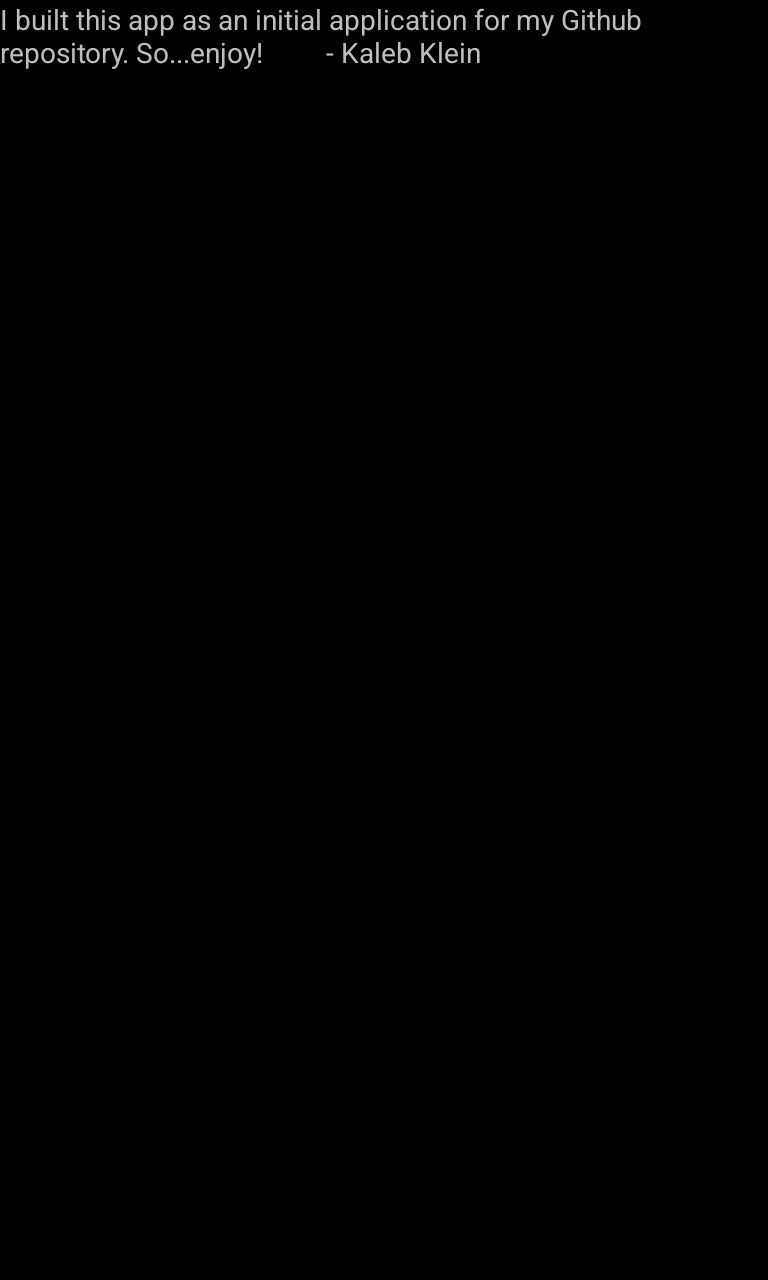
Repository: pazuzu156/KKAndroid
Layout: InitialRepoApp/res/layout/about.xml
These files come from the project's save history. The layout is drawn as it stood at one moment and after the next save; the edit follows.
It is drawn on a 768 x 1280 px phone screen (xhdpi) without system bars, with theme android:Theme; the app's code is not run.

Above is the layout before, as saved 2012-06-17 06:01:31.

### InitialRepoApp/res/layout/about.xml
<?xml version="1.0" encoding="utf-8"?>
<LinearLayout xmlns:android="http://schemas.android.com/apk/res/android"
    android:layout_width="match_parent"
    android:layout_height="match_parent"
    android:orientation="vertical" >

    <TextView
        android:id="@+id/textView1"
        android:layout_width="wrap_content"
        android:layout_height="wrap_content"
        android:text="I built this app as an initial application for my Github repository. So...enjoy!
        - Kaleb Klein" />

</LinearLayout>

After the next save:
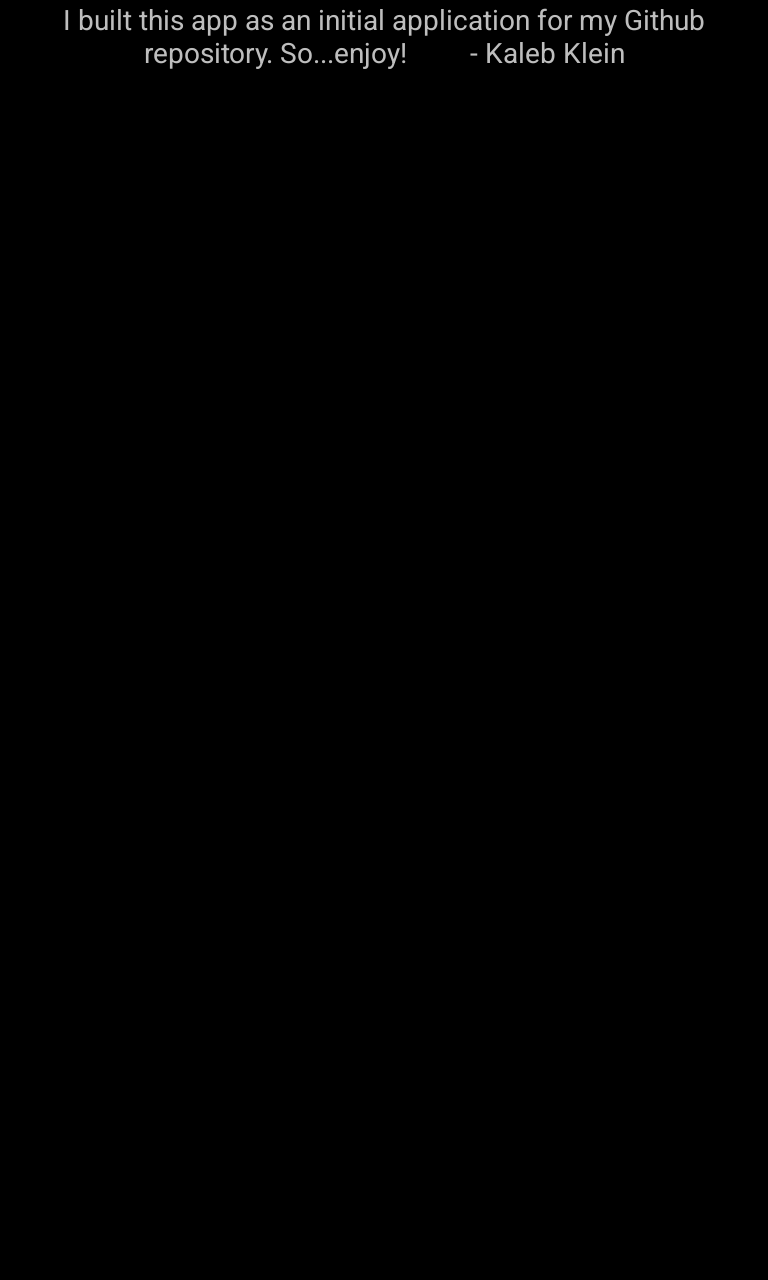
Saved 25 s later.
--- a/InitialRepoApp/res/layout/about.xml
+++ b/InitialRepoApp/res/layout/about.xml
@@ -9,6 +9,7 @@
         android:layout_width="wrap_content"
         android:layout_height="wrap_content"
         android:text="I built this app as an initial application for my Github repository. So...enjoy!
-        - Kaleb Klein" />
+        - Kaleb Klein"
+        android:gravity="center_horizontal" />
 
 </LinearLayout>
